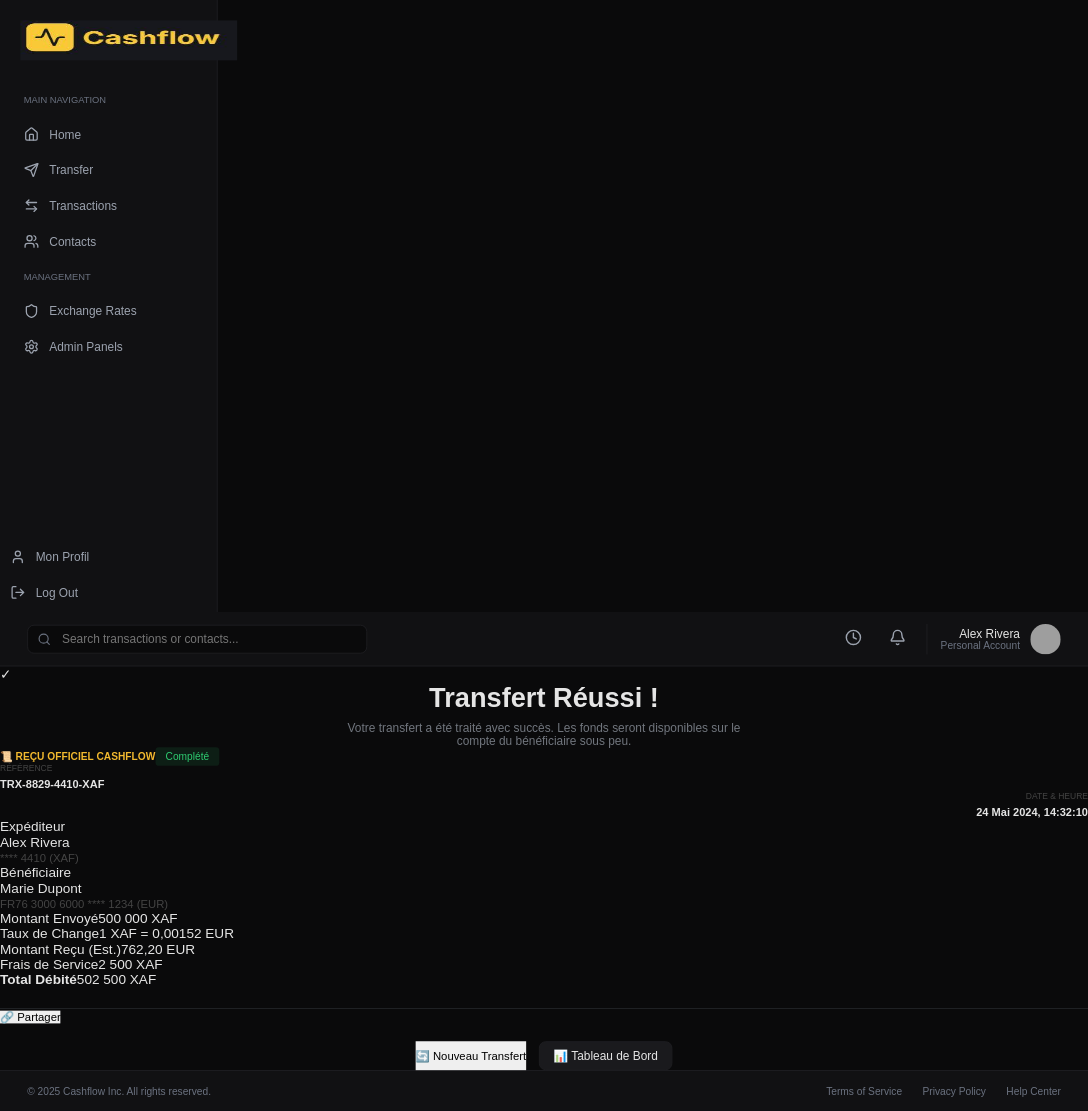
Repository: laetitiamaelle/GROUEPE5_PROGRAMMATIONWEBII_PLATEFORME_DE_TRANSFERT_MULTIDEVISE
Page: /confirmation
The author's editor kept a copy of each file at every save. The page is drawn from the files as they stood at one save, then again after the next save.
The browser window is 1280 px wide. The pictures show the whole page, at 85% of full size.
Pictures or frames that could not be fetched are drawn as grey boxes. The project was rebuilt for these pictures with package versions that can differ from the ones it lists, and the page was loaded fresh each time. The framework's server and built-in components were replaced by stand-ins that run in the browser. Also part of the build but not shown: next.config.ts.

Above is the page before, as saved 2026-05-21 10:25:55.

After the next save:
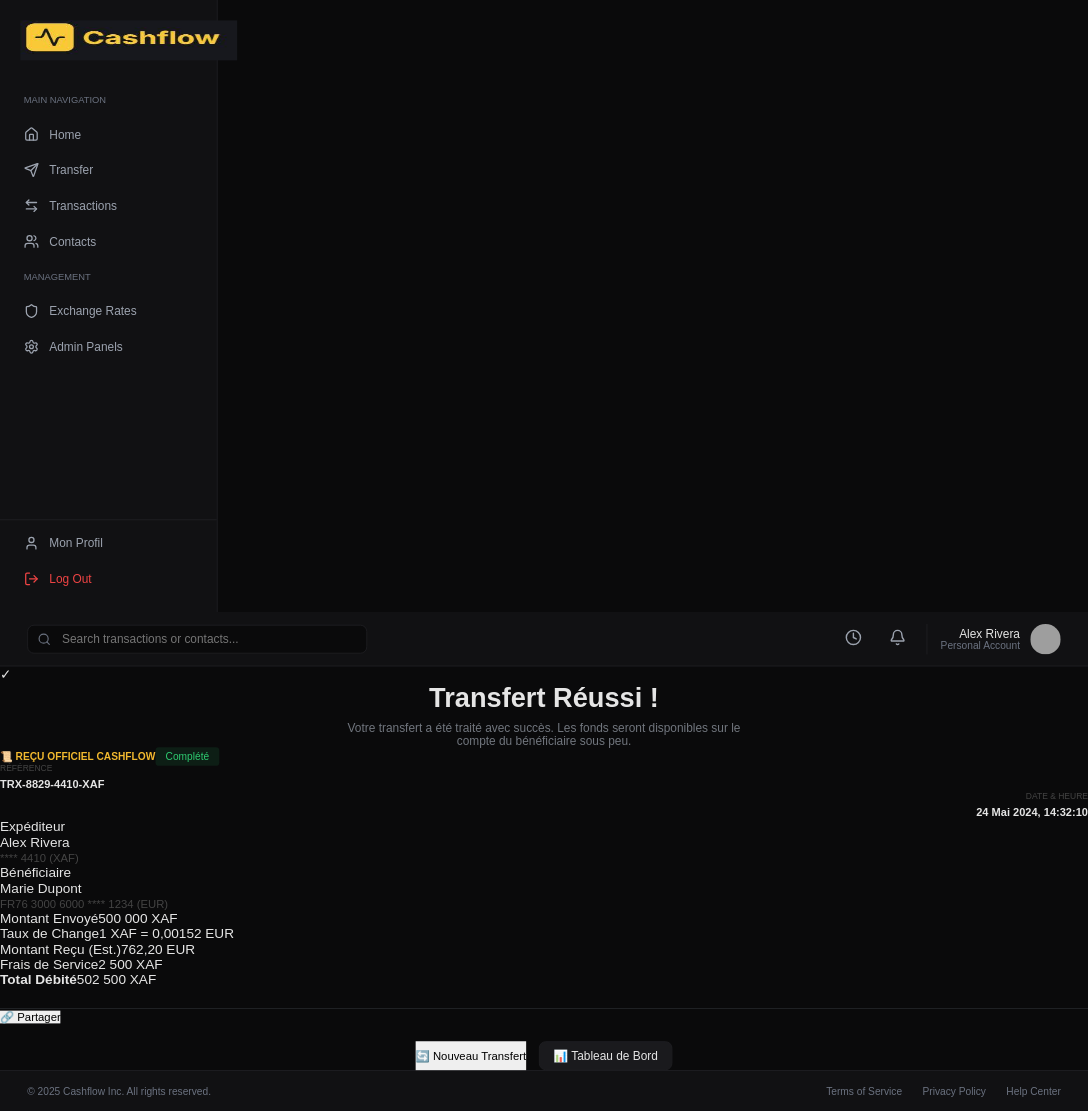
Saved 2 min 33 s later.
--- a/styles/Sidebar.css
+++ b/styles/Sidebar.css
@@ -55,3 +55,27 @@
     padding: 16px;
     border-top: 1px solid #1F1F23;
 }
+
+.sidebar-footer {
+    border-top: 1px solid #1F1F23;
+    padding: 8px 16px 16px;
+}
+
+.sidebar-logout {
+    margin-top: 4px;
+}
+
+.logout-btn {
+    color: #EF4444 !important;
+}
+
+.logout-btn:hover {
+    background: rgba(239, 68, 68, 0.1) !important;
+    color: #EF4444 !important;
+}
+
+.logo-text {
+    font-size: 18px;
+    font-weight: 700;
+    color: #FACC15;
+}
